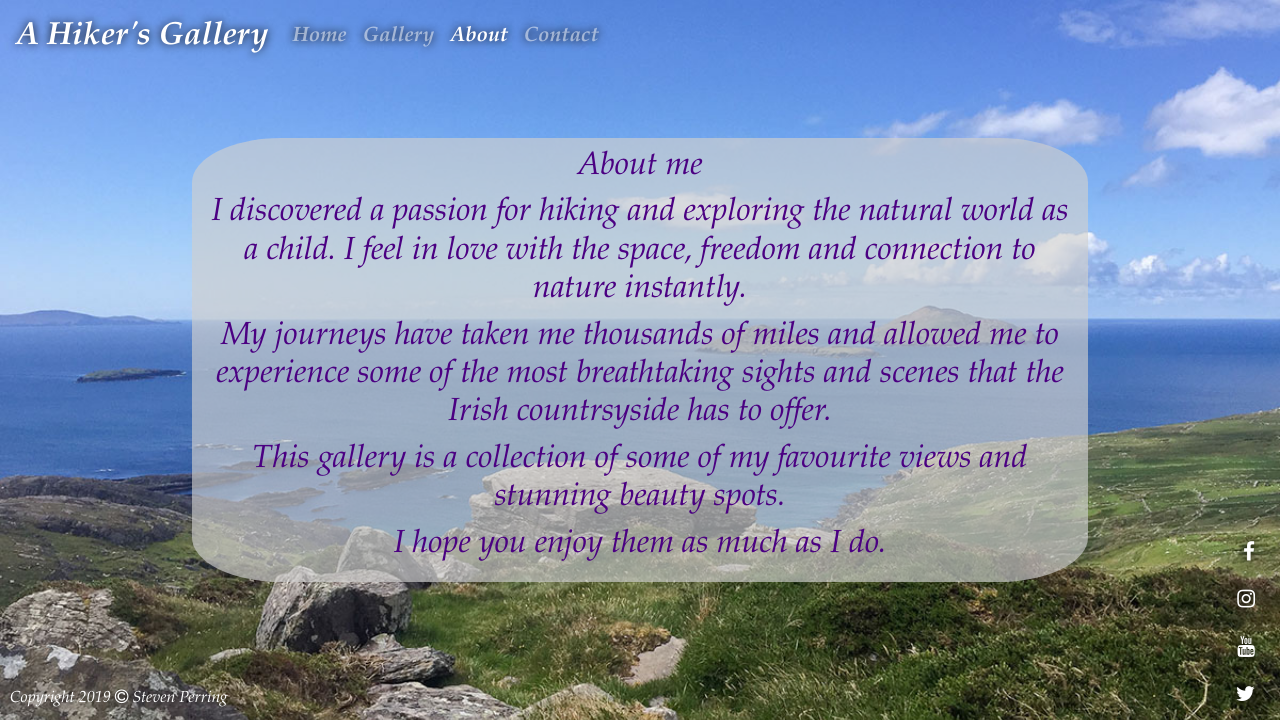
Repository: S-Perring/hiker
Page: about.html
The author's editor kept a record of every edit. The page is drawn from the files as they stood at one moment, then again after the next edit.
The browser window is 1280 px wide. The pictures show the whole page.
Some web fonts or font styles are not loaded; a fallback is used.

Above is the page before.

### about.html
<!DOCTYPE html>
<html lang="en">
<head>
    <meta charset="UTF-8">
    <meta name="viewport" content="width=device-width, initial-scale=1.0">
    <meta http-equiv="X-UA-Compatible" content="ie=edge">
    <link rel="stylesheet" href="https://stackpath.bootstrapcdn.com/bootstrap/4.3.1/css/bootstrap.min.css" type="text/css" />
    <link rel="stylesheet" href="https://stackpath.bootstrapcdn.com/font-awesome/4.7.0/css/font-awesome.min.css" type="text/css" />
    <link rel="stylesheet" href="https://cdnjs.cloudflare.com/ajax/libs/font-awesome/4.7.0/css/font-awesome.min.css">
    <link rel="stylesheet" href="css/style.css" type="text/css" />
    <title>Hiker's Gallery</title>
</head>

<body>

<header>
  <nav class="navbar fixed-top navbar-expand-sm navbar-dark scrolling-navbar">
    <a class="navbar-brand" href="#"><strong>A Hiker's Gallery</strong></a>
    <button class="navbar-toggler" type="button" data-toggle="collapse" data-target="#navbarSupportedContent"
      aria-controls="navbarSupportedContent" aria-expanded="false" aria-label="Toggle navigation">
      <span class="navbar-toggler-icon"></span>
    </button>
    <div class="collapse navbar-collapse" id="navbarSupportedContent">
      <ul class="navbar-nav">
        <li class="nav-item">
          <a class="nav-link" href="index.html">Home <span class="sr-only">(current)</span></a>
        </li>
        <li class="nav-item">
          <a class="nav-link" href="gallery.html">Gallery</a>
        </li>
        <li class="nav-item">
          <a class="nav-link  active" href="about.html">About</a>
        </li>
        <li class="nav-item">
          <a class="nav-link" href="contact.html">Contact</a>
        </li>
      </ul>
    </div>
  </nav>

</header>

<section>
    <div class="main-pic">

        <div class="about">
            <h2>About me</h2>
            <h5>I discovered a passion for hiking and exploring the natural world as a child.
                I feel in love with the space, freedom and connection to nature instantly.</h5>
            <h5>
                My journeys have taken me thousands of miles and allowed me to experience some of the most breathtaking sights and scenes that the Irish countrsyside has to offer.
            </h5>
            <h5>
              This gallery is a collection of some of my favourite views and stunning beauty spots.
            </h5>
            <h5>
              I hope you enjoy them as much as I do.
            </h5>
        </div>
    </div>


</section>

<footer class="fixed-bottom">
   <div class="container">
     <ul class="navbar-nav nav-flex-icons">
        <li class="nav-item" id="highlight">
          <a class="nav-link"><i class="fa fa-facebook"></i></a>
        </li>
        <li class="nav-item" id="highlight">
          <a class="nav-link"><i class="fa fa-instagram"></i></a>
        </li>
                <li class="nav-item" id="highlight">
          <a class="nav-link"><i class="fa fa-youtube"></i></a>
        </li>
                </li>
                <li class="nav-item" id="highlight">
          <a class="nav-link"><i class="fa fa-twitter"></i></a>
        </li>
      </ul>
   </div>
      <div class="copyright">Copyright 2019 <i class="fa fa-copyright"></i> Steven Perring</div>
</footer>

    <script src="https://code.jquery.com/jquery-3.3.1.slim.min.js"></script>
    <script src="https://cdnjs.cloudflare.com/ajax/libs/popper.js/1.14.7/umd/popper.min.js"></script>
    <script src="https://stackpath.bootstrapcdn.com/bootstrap/4.3.1/js/bootstrap.min.js"></script>

</body>

</html>

### css/style.css
@import url('https://fonts.googleapis.com/css?family=Garamond:100,200,300,400,500,600,700');

/*-------------------landing page-------------------------*/
.nav-link {
    font-family: Garamond;
    font-style: italic;
    font-size: 1.3em;
    font-weight: bold;
    text-decoration: none;
}
.main-pic {
    background-image: url(../css/images/main.JPG);
    background-size: cover;
    background-position: center center;
    max-width: 100%;
    height: 100vh;
    bottom: 0;
    left: 0;
    padding: 0;
    display: flex;
    align-items: center;
    justify-content: center;
    background-repeat: no-repeat;
    -webkit-background-size: cover;
    -moz-background-size: cover;
    -o-background-size: cover;
}
.navbar-brand {
    font-family: Garamond;
    font-size: 2em;
    font-style: italic;
}
.enter {
    margin-right: 10%;
}
.explore {
    Background-color: rgba(195, 195, 195, 0.4);
    padding: 20%;
    border-radius: 50%;
    font-family: Garamond;
    font-style: italic;
    font-size: 2.5em;
    font-weight: bolder;
    color: #4B0082;
}
a {
    text-shadow: 0 0 10px black;
}
footer {
    padding-left: 10px;
    font-family: Garamond;
    font-style: italic;
    color: #fff;
    font-size: 1em;
}
a:hover {
  text-decoration: none;
  color: #fff;
  transition: 1.5s;
}
.icons {
    text-align: center;
}
.copyright {
    display: inline-block;
    margin-bottom: 10px;
    text-align: left;
    width: 60%;
    position: absolute;
    bottom: 0px;
}
#highlight:hover {
  text-decoration: none;
  color: #4B0082;
  cursor: pointer;
}
/*-------------------about page-------------------------*/
.container {
    float: right;
    margin: 0;
    width:5%;
    text-align: right;
    margin-right: 10px;
}
.about {
    Background-color: rgba(208, 208, 208, 0.65);
    padding: 10px;
    margin: 15%;
    border-radius: 10%;
    text-align: center;
    color: #4B0082;
    font-family: Garamond;
    font-style: italic;
}
/*------------------- contact form-------------------------*/
body{
    background: -webkit-linear-gradient(left, #0072ff, #00c6ff);
}
.contact-form{
    Background-color: rgba(208, 208, 208, 0.25);
    font-family: Garamond;
    font-style: italic;
    color: #4B0082;
    margin-top: 10%;
    margin-right: 0;
    border-radius: 10%;
    margin-bottom: 5%;
    width: 70%;
}
.contact-form .form-control{
    border-radius:1rem;
}
.contact-form form{
    padding: 14%;
}
.contact-form form .row{
    margin-bottom: -7%;
}
.contact-form h3{
    margin-bottom: 8%;
    margin-top: -10%;
    text-align: center;
}
.contact-form .btnContact {
    display: block;
    margin: auto;
    font-family: Garamond;
    font-style: italic;
    border: none;
    border-radius: 1rem;
    padding: 3%;
    background: #4B0082;
    font-weight: 600;
    color: #fff;
    cursor: pointer;
}
.btnContactSubmit {
    color: #fff;
    background-color: #0062cc;
    border: none;
    cursor: pointer;
}
/*------------------- gallery-------------------------*/
.container-gallery {
    margin-left: 10%;
    margin-right: 10%;
    font-family: Garamond;
    font-style: italic;
    text-align: center;
    color: #4B0082;
    padding: .5%;
}
.card {
    position: relative;
    float: left;
    overflow: hidden;
    Background-color: rgb(187, 221, 240);
    border: none;
}
.gallerypage {
    Background-color: #dae7ed;
    padding-top: 2%;
    padding-bottom: 4%;
}
.card:hover {
    cursor: pointer;
    transform: scale(1.2);
    transition: 1s;
    z-index: 1;
    background-color: #4B0082;
}
#gallery-header {
    background-color: #8b35c4;
    background: linear-gradient(#4B0082, #dae7ed);
}
.copyright-gallery {
    display: inline-block;
    margin-bottom: 10px;
    text-align: left;
    width: 60%;
    position: absolute;
    bottom: 0px;
    color: #4B0082;
}
/*------------------- media queries-------------------------*/
@media(min-width: 992px) {
    h5 {
        font-size: 2em;
    }
}

After the next edit:
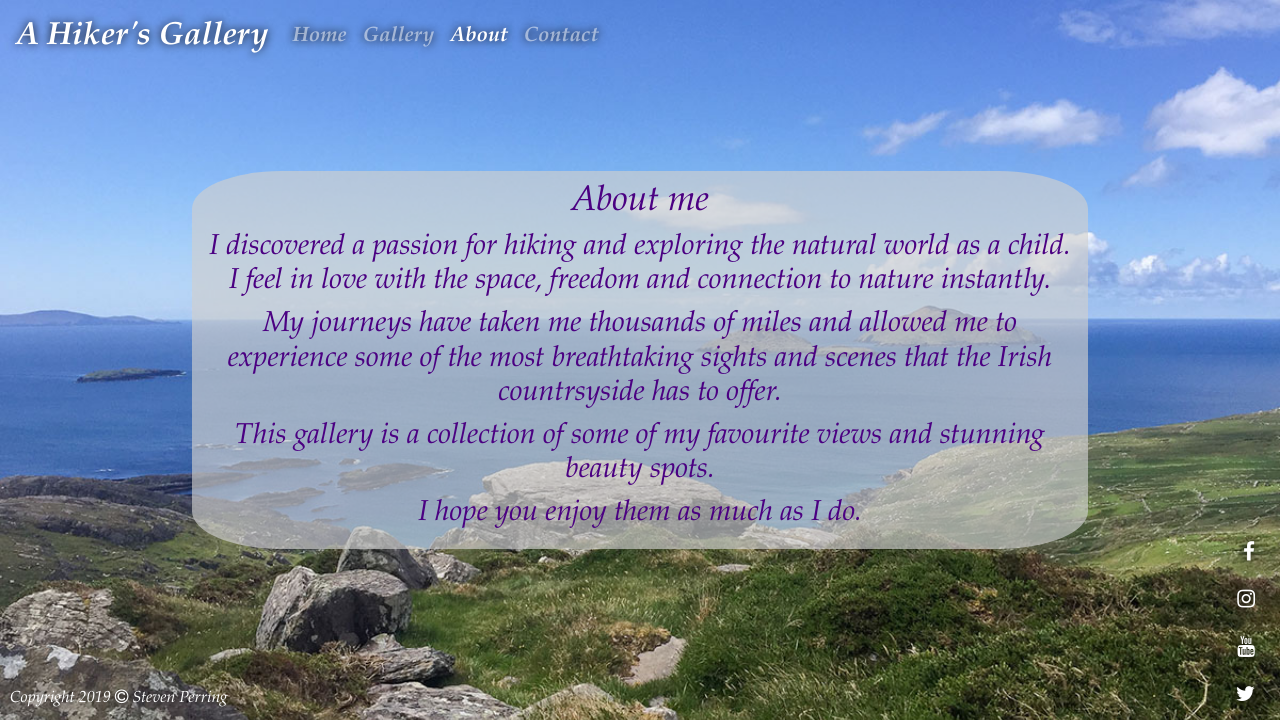
The edit:
--- a/css/style.css
+++ b/css/style.css
@@ -184,7 +184,10 @@
 }
 /*------------------- media queries-------------------------*/
 @media(min-width: 992px) {
+    h2 {
+        font-size: 2.2em;
+    }
     h5 {
-        font-size: 2em;
+        font-size: 1.8em;
     }
 }
